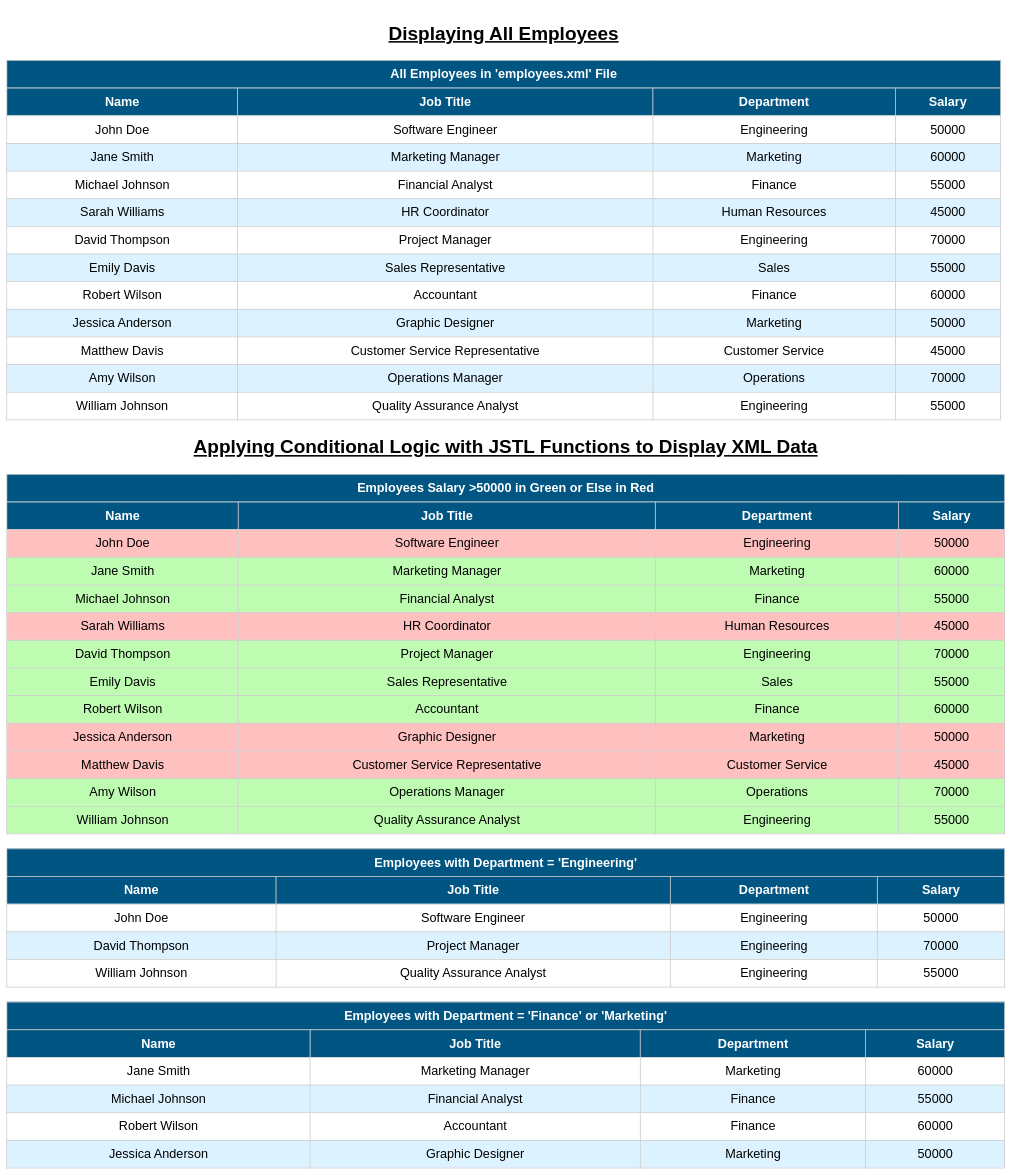
Repository: bkyncl/csd-430
Page: http://localhost/kyncl_mod9/
The author's editor kept a copy of each file at every save. The page is drawn from the files as they stood at one save, then again after the next save.
The browser window is 1280 px wide. The pictures show the whole page, at 79% of full size.
The page is served by Tomcat 9.

Above is the page before, as saved 2023-07-05 06:58:07.

### kyncl_mod9/src/main/webapp/index.jsp
<%--
index.jsp
Module 9 assignment
Name: Brittany Kyncl
Date: 7.5.22
Course: CSD430
File to example the usage the usage of JSTL and XPath to parse XML data,
iterate over XML elements, apply conditional logic, and display the data in with customized styling.
Context purpose is to parse the XML file 'employees.xml' containing
employees data, and display it in tabular format. The file incorporates JSTL tags and functions
to manipulate the XML data and apply conditional logic for displaying the data based on various criteria.

--%>
<%@ page language="java" contentType="text/html; charset=ISO-8859-1" pageEncoding="ISO-8859-1"%>
<%@taglib uri="http://java.sun.com/jsp/jstl/core" prefix="c"%>
<%@taglib uri="http://java.sun.com/jsp/jstl/xml" prefix="x"%>
<html>
<head>
	<title>Parsing employees.xml</title>
	<link rel="stylesheet" type="text/css" href="styles.css">
</head>
<body>
	<c:import url="employees.xml" var="employeeData"/>
	<x:parse doc="${employeeData}" var="dom"/>
<div class="container">
	<div class="left">
		<h2>Displaying All Employees</h2>
		<table border="1">
			<tr>
				<th colspan="4">All Employees in 'employees.xml' File</th>
			</tr>
			<tr>
				 <th>Name</th>
				 <th>Job Title</th>
				 <th>Department</th>
				 <th>Salary</th>
			</tr>
			<x:forEach var="employee" select="$dom/employees/employee">
			<%-- Displaying the details of each employee --%>
			<tr>
			  	<td><x:out select="$employee/name"/></td>
				<td><x:out select="$employee/jobTitle"/></td>
				<td><x:out select="$employee/department"/></td>
				<td><x:out select="$employee/salary"/></td>

			</x:forEach>
		</table>
	</div>
	<div class="right">
		<h2>Applying Conditional Logic with JSTL Functions to Display XML Data</h2>
		<table border="1">
		    <tr>
		        <th colspan="4">Employees Salary >50000 in Green or Else in Red</th>
		    </tr>
		    <tr>
		        <th>Name</th>
		        <th>Job Title</th>
		        <th>Department</th>
		        <th>Salary</th>
		    </tr>
		    <x:forEach var="employee" select="$dom/employees/employee">
		        <x:choose>
		        	<%-- Applying styling to employees with salary > 50000 --%>
		            <x:when select="$employee/salary>50000">
		                <tr style="background-color: #BDFCB1;">
		                    <td><x:out select="$employee/name"/></td>
		                    <td><x:out select="$employee/jobTitle"/></td>
		                    <td><x:out select="$employee/department"/></td>
		                    <td><x:out select="$employee/salary"/></td>
		                </tr>
		            </x:when>
		            <%-- Applying styling to employees with salary <= 50000 --%>
		            <x:when select="$employee/salary<=50000">
		                <tr style="background-color: #FFC0C0;">
		                    <td><x:out select="$employee/name"/></td>
		                    <td><x:out select="$employee/jobTitle"/></td>
		                    <td><x:out select="$employee/department"/></td>
		                    <td><x:out select="$employee/salary"/></td>
		                </tr>
		            </x:when>
		            <%-- Displaying employees without any styling for otherwise clause (just in case conditions not met) --%>
		            <x:otherwise>
		                <tr>
		                    <td><x:out select="$employee/name"/></td>
		                    <td><x:out select="$employee/jobTitle"/></td>
		                    <td><x:out select="$employee/department"/></td>
		                    <td><x:out select="$employee/salary"/></td>
		                </tr>
		            </x:otherwise>
		        </x:choose>
		    </x:forEach>
		</table>
	    <br>
	    <table border="1">
		    <tr>
		        <th colspan="4">Employees with Department = 'Engineering'</th>
		    </tr>
		    <tr>
		        <th>Name</th>
		        <th>Job Title</th>
		        <th>Department</th>
		        <th>Salary</th>
		    </tr>
		    <x:forEach var="employee" select="$dom/employees/employee">
		        <x:choose>
		        	<%-- Filtering and displaying employees with the department value 'Engineering' --%>
		            <x:when select="$employee/department='Engineering'">
		                <tr>
		                    <td><x:out select="$employee/name"/></td>
		                    <td><x:out select="$employee/jobTitle"/></td>
		                    <td><x:out select="$employee/department"/></td>
		                    <td><x:out select="$employee/salary"/></td>
		                </tr>
		            </x:when>
		        </x:choose>
		    </x:forEach>
		</table>
		<br>
		<table border="1">
		    <tr>
		        <th colspan="4">Employees with Department = 'Finance' or 'Marketing'</th>
		    </tr>
		    <tr>
		        <th>Name</th>
		        <th>Job Title</th>
		        <th>Department</th>
		        <th>Salary</th>
		    </tr>
		    <x:forEach var="employee" select="$dom/employees/employee">
		        <x:choose>
		        	<%-- Filtering and displaying employees with the department values 'Finance' or 'Marketing' --%>
		            <x:when select="$employee/department='Finance' or $employee/department='Marketing'">
		                <tr>
		                    <td><x:out select="$employee/name"/></td>
		                    <td><x:out select="$employee/jobTitle"/></td>
		                    <td><x:out select="$employee/department"/></td>
		                    <td><x:out select="$employee/salary"/></td>
		                </tr>
		            </x:when>
		        </x:choose>
		    </x:forEach>
		</table>
	</div>
</div>

</body>
</html>

### kyncl_mod9/src/main/webapp/employees.xml
<?xml version="1.0" encoding="UTF-8"?>
<employees>
  <employee>
    <name>John Doe</name>
    <jobTitle>Software Engineer</jobTitle>
    <department>Engineering</department>
    <salary>50000</salary>
  </employee>
  <employee>
    <name>Jane Smith</name>
    <jobTitle>Marketing Manager</jobTitle>
    <department>Marketing</department>
    <salary>60000</salary>
  </employee>
  <employee>
    <name>Michael Johnson</name>
    <jobTitle>Financial Analyst</jobTitle>
    <department>Finance</department>
    <salary>55000</salary>
  </employee>
  <employee>
    <name>Sarah Williams</name>
    <jobTitle>HR Coordinator</jobTitle>
    <department>Human Resources</department>
    <salary>45000</salary>
  </employee>
  <employee>
    <name>David Thompson</name>
    <jobTitle>Project Manager</jobTitle>
    <department>Engineering</department>
    <salary>70000</salary>
  </employee>
  <employee>
    <name>Emily Davis</name>
    <jobTitle>Sales Representative</jobTitle>
    <department>Sales</department>
    <salary>55000</salary>
  </employee>
  <employee>
    <name>Robert Wilson</name>
    <jobTitle>Accountant</jobTitle>
    <department>Finance</department>
    <salary>60000</salary>
  </employee>
  <employee>
    <name>Jessica Anderson</name>
    <jobTitle>Graphic Designer</jobTitle>
    <department>Marketing</department>
    <salary>50000</salary>
  </employee>
  <employee>
    <name>Matthew Davis</name>
    <jobTitle>Customer Service Representative</jobTitle>
    <department>Customer Service</department>
    <salary>45000</salary>
  </employee>
  <employee>
    <name>Amy Wilson</name>
    <jobTitle>Operations Manager</jobTitle>
    <department>Operations</department>
    <salary>70000</salary>
  </employee>
  <employee>
    <name>William Johnson</name>
    <jobTitle>Quality Assurance Analyst</jobTitle>
    <department>Engineering</department>
    <salary>55000</salary>
  </employee>
</employees>

### kyncl_mod9/src/main/webapp/styles.css
/* Table styles */
body {
  font-family: Arial, sans-serif;
}
.container {
	display: flex;
	flex-wrap: wrap;
}
.left {
  flex: 1 1 50%;
  padding-right: 5px;
}
.right {
  flex: 1 1 50%;
}
h2 {
	text-decoration: underline;
	text-align: center;
}
table {
  width: 100%;
  border-collapse: collapse;
}
table tr:nth-child(even) {
  background-color: #dcf3ff; /* Replace with your desired color */
}

table th, table td {
  padding: 8px;
  text-align: center;
  border: 1px solid #ccc;
}

table th {
  background-color: #005582;
  color: #fff;
}

After the next save:
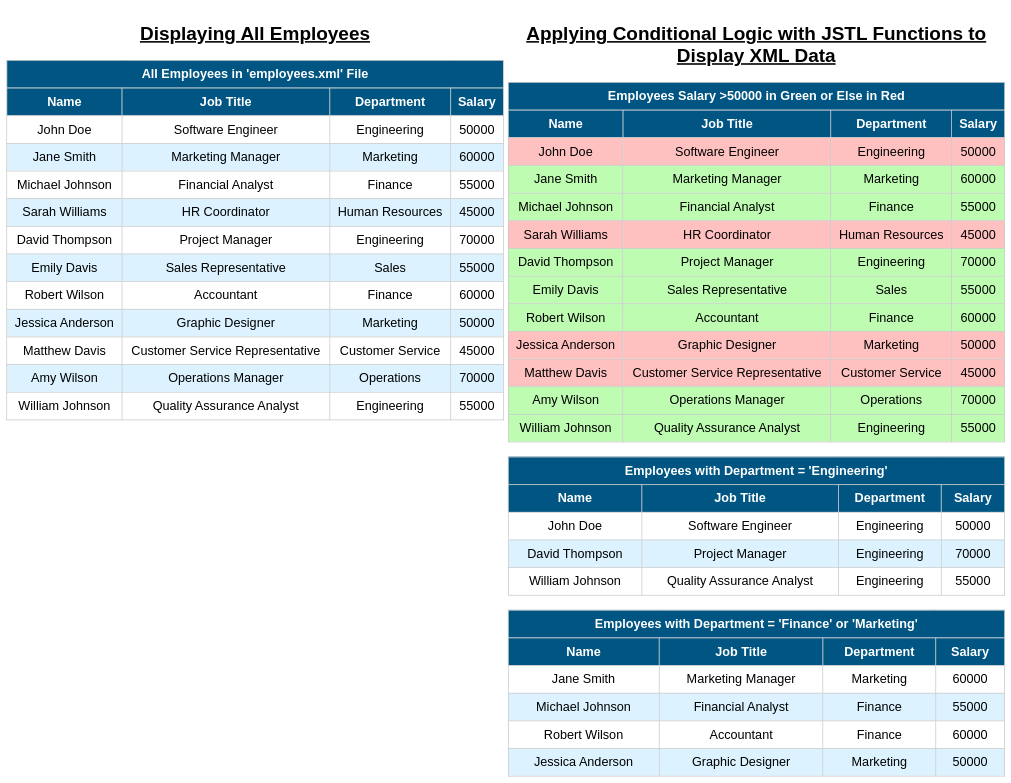
Saved 15 s later.
--- a/kyncl_mod9/src/main/webapp/styles.css
+++ b/kyncl_mod9/src/main/webapp/styles.css
@@ -7,11 +7,11 @@ body {
 	flex-wrap: wrap;
 }
 .left {
-  flex: 1 1 50%;
+  flex: 1 1 45%;
   padding-right: 5px;
 }
 .right {
-  flex: 1 1 50%;
+  flex: 1 1 45%;
 }
 h2 {
 	text-decoration: underline;
